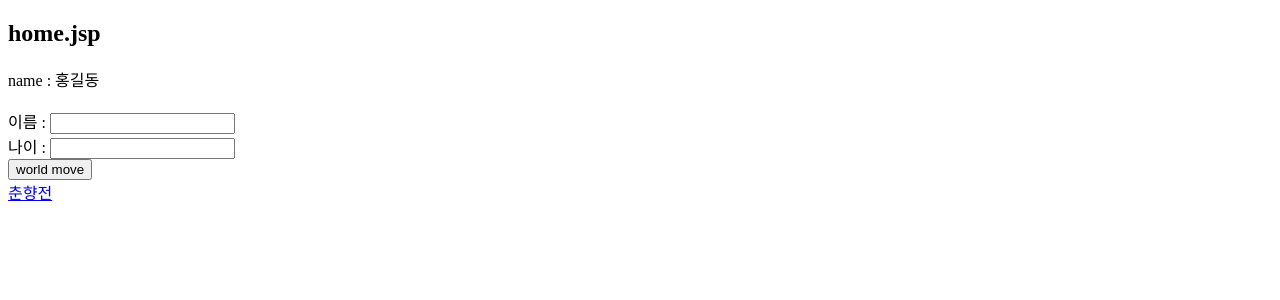
Repository: SanBu599/springFrameWorktest
Page: http://localhost/springSample2/home.do
An editor plug-in stored every save of this project. The page is shown before and after the next save, followed by the edit.
The browser window is 1280 px wide. The pictures show the whole page.
The page is served by Tomcat 9. Other server files are loaded and not shown.

Above is the page before, as saved 2023-07-11 05:45:16.

### springSample2/src/main/webapp/WEB-INF/views/home.jsp
<%@ page language="java" contentType="text/html; charset=UTF-8"
    pageEncoding="UTF-8"%>
<!DOCTYPE html>
<html>
<head>
<meta charset="UTF-8">
<title>Insert title here</title>
</head>
<body>
<h2>home.jsp</h2>


<%
	String name = (String)request.getAttribute("name");
%>
name : <%=name %>

<br><br>

<form action="world.do" method="post">
이름 : <input type="text" name="name"><br>
나이 : <input type="text" name="age"><br>
<input type="submit" value="world move">
</form>


<!--
	<a

	location.href
-->



<a href = "world.do?name=성춘향&age=16">춘향전</a>

<!-- location.href -->




</body>
</html>

After the next save:
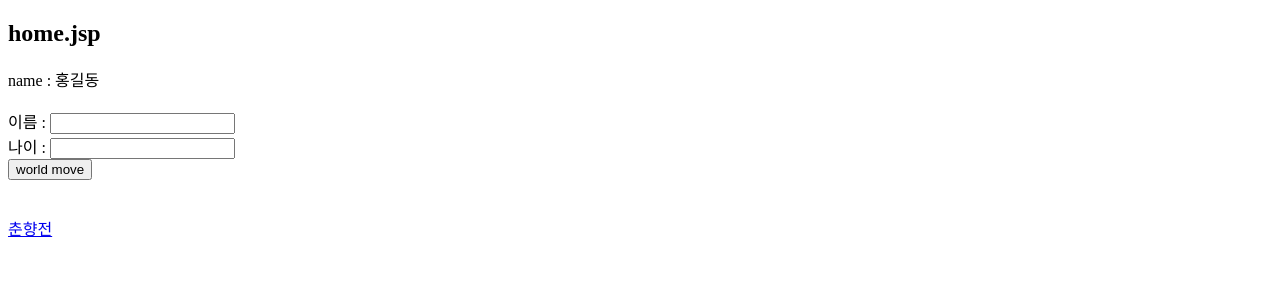
Saved 16 min 40 s later.
--- a/springSample2/src/main/webapp/WEB-INF/views/home.jsp
+++ b/springSample2/src/main/webapp/WEB-INF/views/home.jsp
@@ -22,8 +22,8 @@
 나이 : <input type="text" name="age"><br>
 <input type="submit" value="world move">
 </form>
-
-
+<br><br>
+<form action="object.do"></form>
 <!--
 	<a
 
